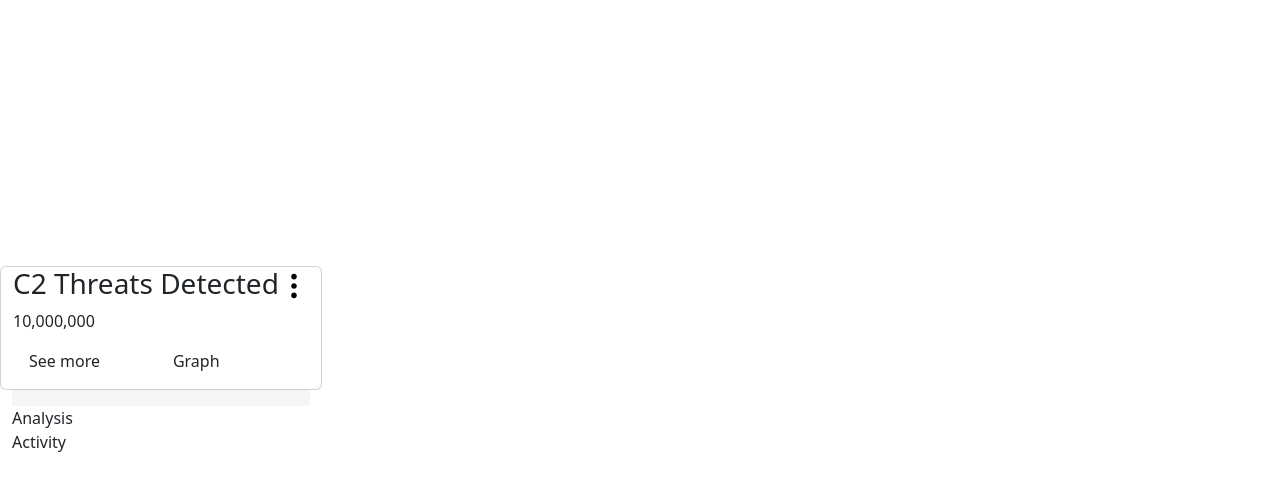
Repository: badhon252/dashboard
Page: /
The author's editor kept a copy of each file at every save. The page is drawn from the files as they stood at one save, then again after the next save.
The browser window is 1280 px wide. The pictures show the whole page.
The project was rebuilt for these pictures with package versions that can differ from the ones it lists, and the page was loaded fresh each time. Also part of the build but not shown: vite.config.js.

Above is the page before, as saved 2023-01-27 00:55:07.

After the next save:
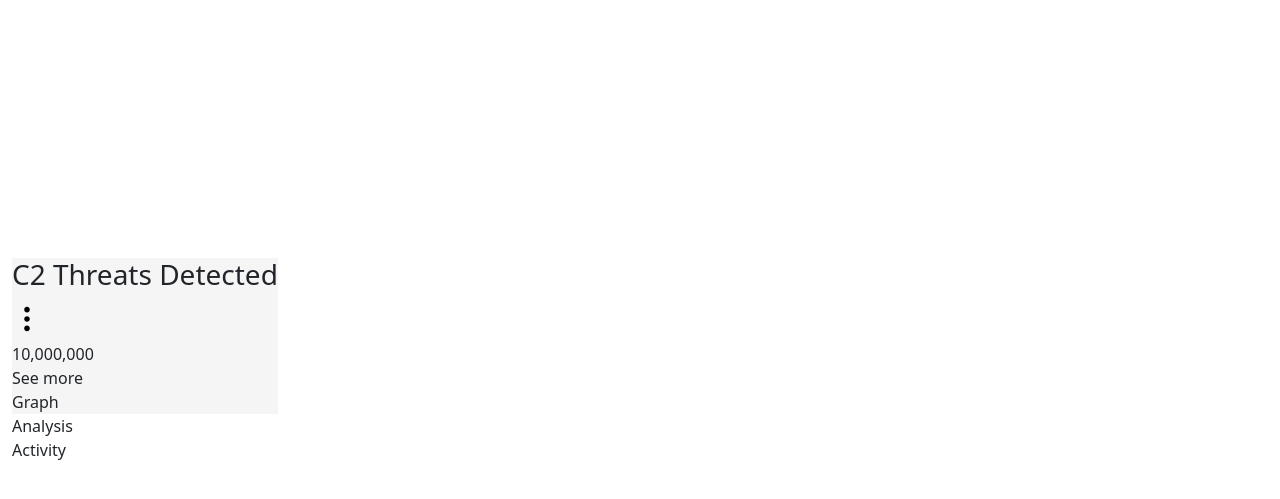
Saved 30 s later.
--- a/src/Components/Status/StatusCard.jsx
+++ b/src/Components/Status/StatusCard.jsx
@@ -3,17 +3,17 @@ import "./Status.css"
 
 export default function StatusCard() {
   return (
-      <div className="card mb-3" >
-        <div className="d-flex justify-content-between" >
-          <h3 className='card-title'>C2 Threats Detected</h3>
-          <h3 className='card-title'>
+      <div className="" >
+        <div className="" >
+          <h3 className=''>C2 Threats Detected</h3>
+          <h3 className=''>
             <img src={dotIcon} alt=":" />
           </h3>
         </div>
         <div className="cardValue">10,000,000</div>
-        <div className="card-body row">
-         <div className="col-sm-6">See more</div>
-         <div className="col-sm-6">Graph</div>
+        <div className="">
+         <div className="">See more</div>
+         <div className="">Graph</div>
         </div>
       </div>
 
